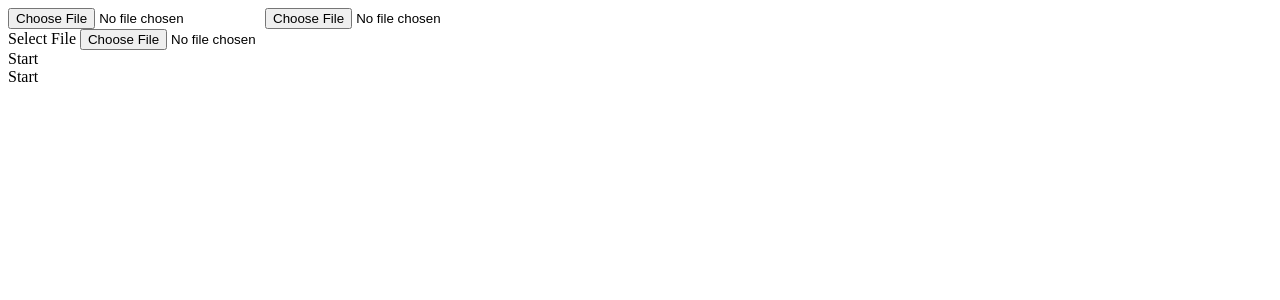
Repository: Hexya/Kaleidoscope
Page: app/index.html
The author's editor kept a copy of each file at every save. The page is drawn from the files as they stood at one save, then again after the next save.
The browser window is 1280 px wide. The pictures show the whole page.

Above is the page before, as saved 2021-05-18 15:42:23.

### app/index.html
<html>
    <head>
        <title>Three Sound Exp</title>
    </head>
    <body>
        <div id="main">

        </div>
        <div class="home-container">
            <input type="file" class="img">
            <input type="file" class="img2">
            <div class="file-cont">
                <label for="file" class="label-file">Select File</label>
                <input type="file" name="file" id="file" accept="image/*" class="input-file" />
            </div>
            <div class="ready-anim">Start</div>
            <div class="load-btn"></div>
            <div class="start-btn">Start</div>
        </div>
    </body>
</html>

After the next save:
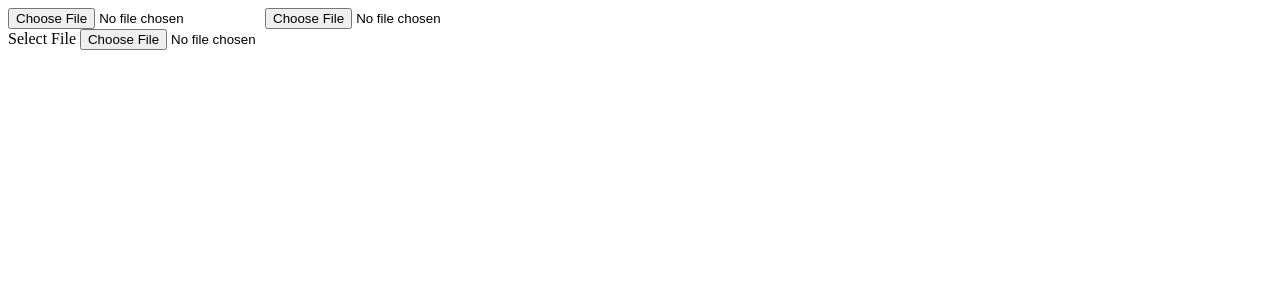
Saved 5 s later.
--- a/app/index.html
+++ b/app/index.html
@@ -13,9 +13,6 @@
                 <label for="file" class="label-file">Select File</label>
                 <input type="file" name="file" id="file" accept="image/*" class="input-file" />
             </div>
-            <div class="ready-anim">Start</div>
-            <div class="load-btn"></div>
-            <div class="start-btn">Start</div>
         </div>
     </body>
 </html>
